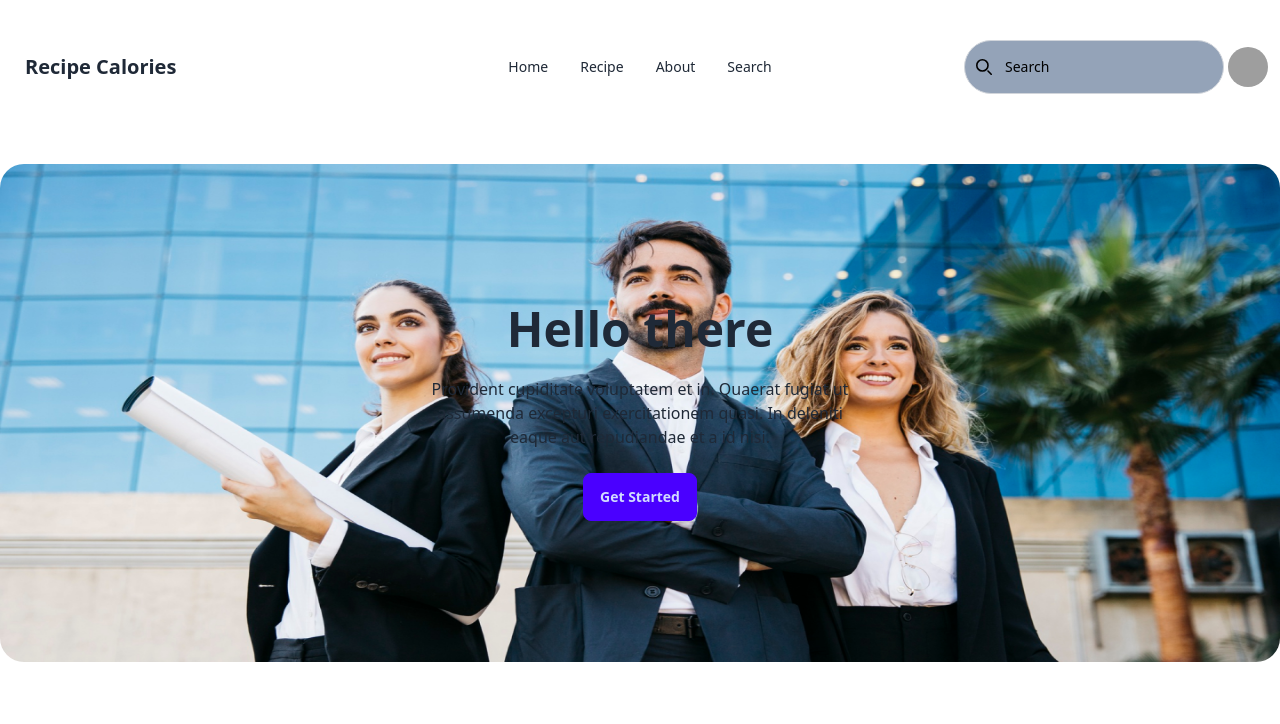
Repository: RudrasahaDibos/Chefs-table
Page: /
The author's editor kept a copy of each file at every save. The page is drawn from the files as they stood at one save, then again after the next save.
The browser window is 1280 px wide. The pictures show the whole page.
Pictures or frames that could not be fetched are drawn as grey boxes. The project was rebuilt for these pictures with package versions that can differ from the ones it lists, and the page was loaded fresh each time. Also part of the build but not shown: vite.config.js, src/App.css.

Above is the page before, as saved 2024-12-19 09:47:23.

After the next save:
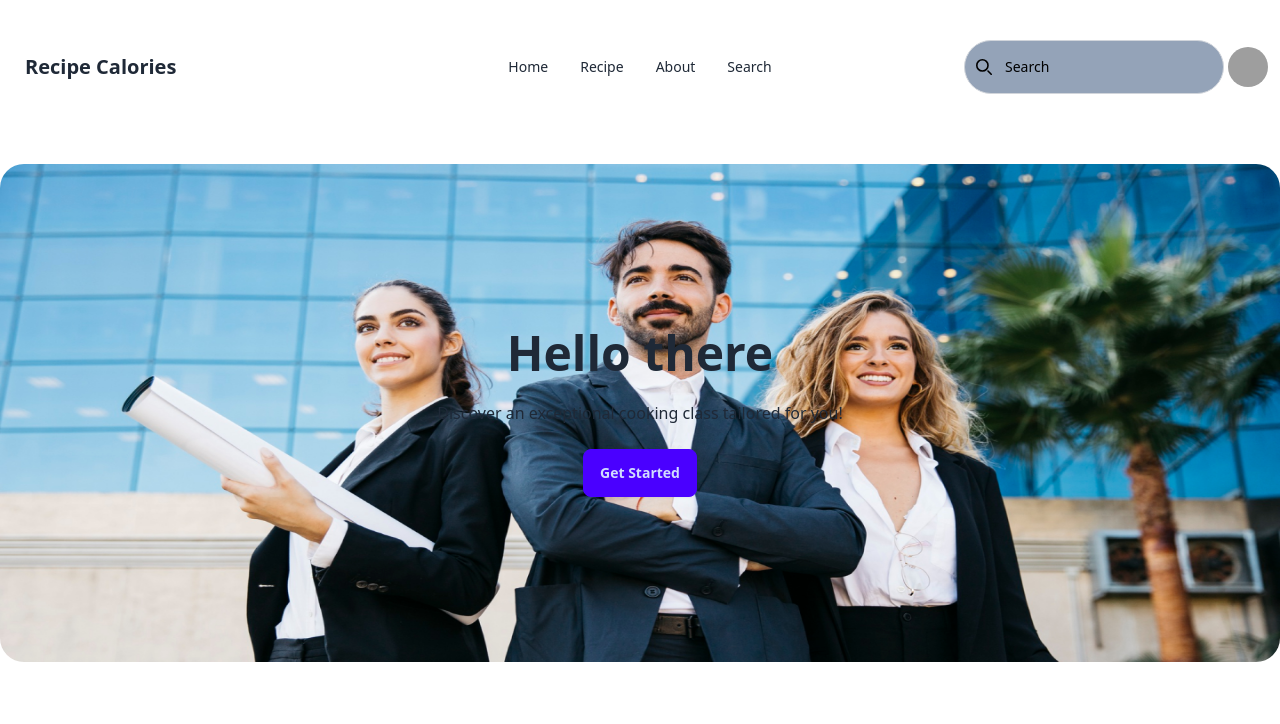
Saved 27 s later.
--- a/src/Component/Banner/Banner.jsx
+++ b/src/Component/Banner/Banner.jsx
@@ -9,8 +9,7 @@ const Banner = () => {
     <div className="max-w-md">
       <h1 className="text-5xl font-bold">Hello there</h1>
       <p className="py-6">
-        Provident cupiditate voluptatem et in. Quaerat fugiat ut assumenda excepturi exercitationem
-        quasi. In deleniti eaque aut repudiandae et a id nisi.
+      Discover an exceptional cooking class tailored for you!
       </p>
       <button className="btn btn-primary">Get Started</button>
     </div>
